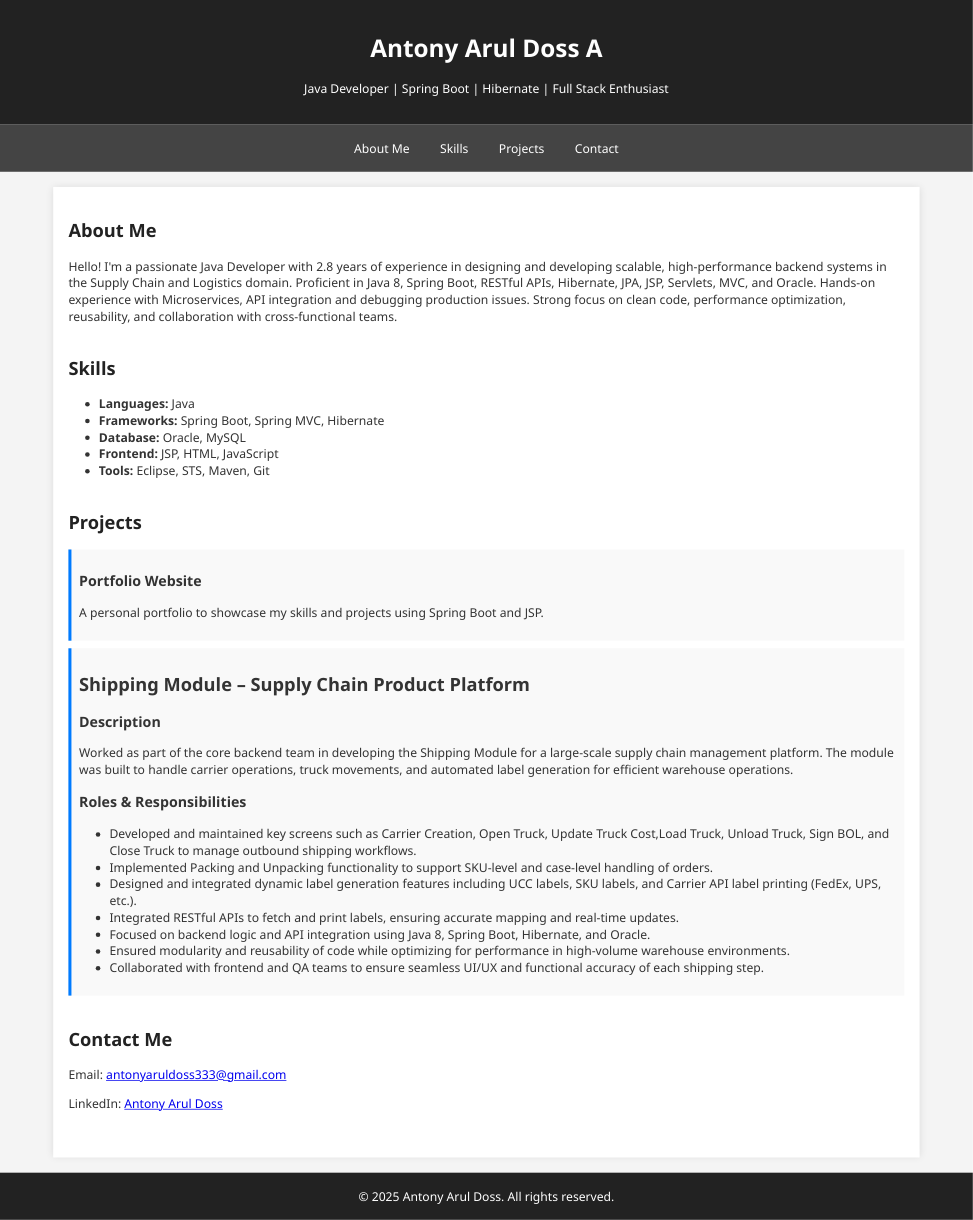
Repository: das-source/portfolio-springboot
Page: http://localhost/portfolio/WEB-INF/views/index.jsp
An editor plug-in stored every save of this project. The page is shown before and after the next save, followed by the edit.
The browser window is 1280 px wide. The pictures show the whole page, at 76% of full size.
The page is served by Tomcat 9. Nobody is signed in. The template is opened directly, without the code that normally fills it, so the values that code supplies are empty.

Above is the page before, as saved 2025-08-05 10:50:21.

After the next save:
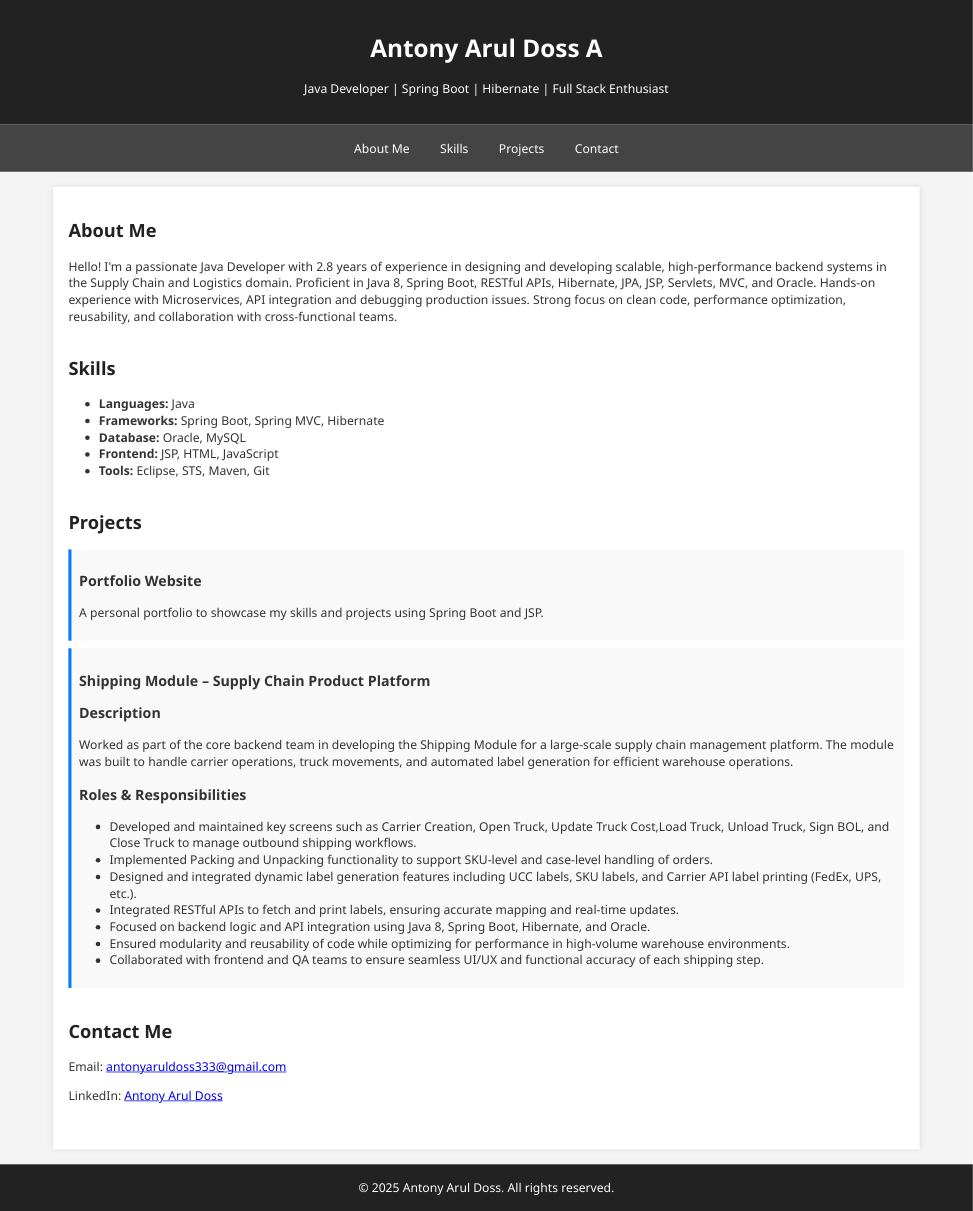
Saved 83 s later.
--- a/portfolio/src/main/webapp/WEB-INF/views/index.jsp
+++ b/portfolio/src/main/webapp/WEB-INF/views/index.jsp
@@ -121,7 +121,7 @@
             <p>A personal portfolio to showcase my skills and projects using Spring Boot and JSP.</p>
         </div>
         <div class="project">
-            <h1>Shipping Module – Supply Chain Product Platform</h1>
+            <h3>Shipping Module – Supply Chain Product Platform</h3>
 			<h3>Description</h3>
             <p>Worked as part of the core backend team in developing the Shipping Module for a large-scale supply chain management
 			platform. The module was built to handle carrier operations, truck movements, and automated label generation for
